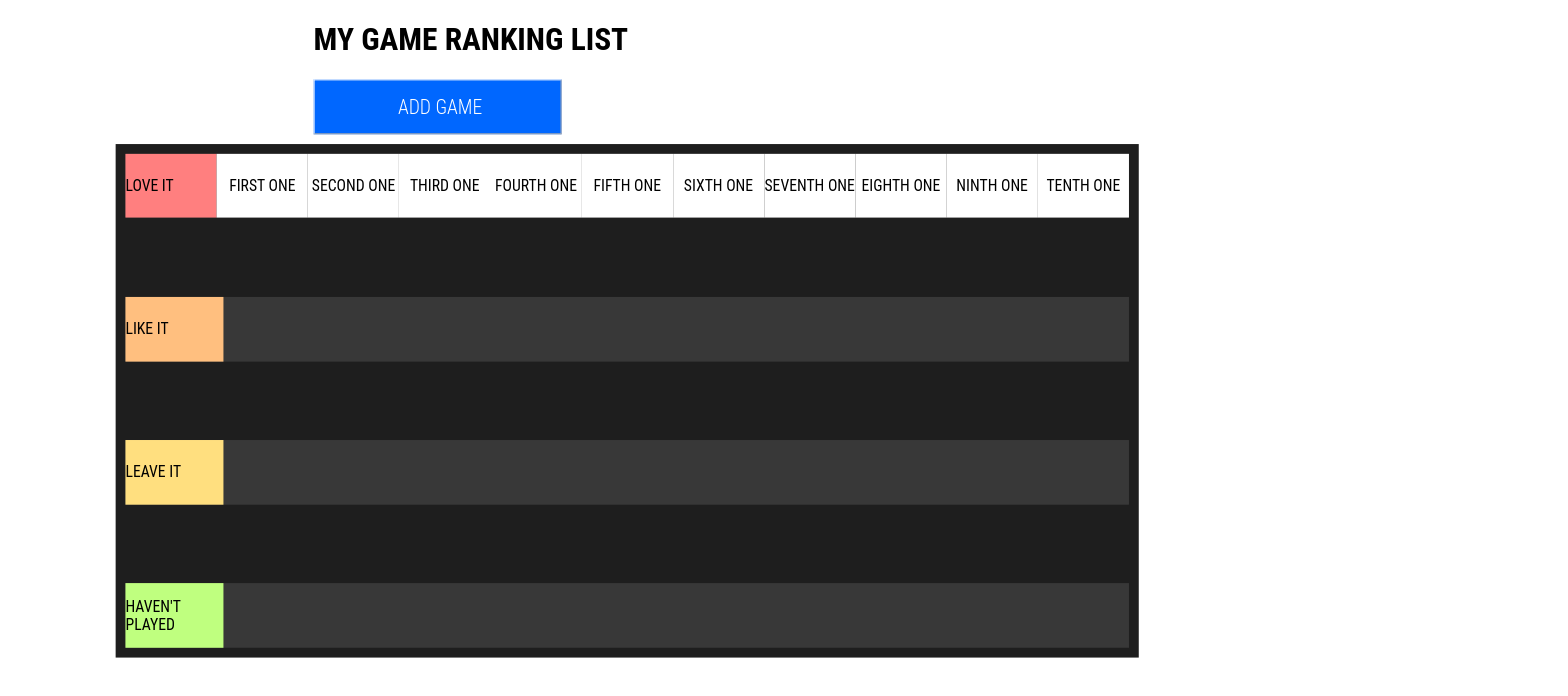
Repository: akiachenise/akiachenise.github.io
Page: JackboxGames_TierList_vanilla/index.html
An editor plug-in stored every save of this project. The page is shown before and after the next save, followed by the edit.
The browser window is 1280 px wide. The page is 1600 px wide, so the pictures cover 1600 px, including what lies to the right of the window. The pictures show the whole page, at 98% of full size.

Above is the page before, as saved 2022-11-26 18:06:04.

### JackboxGames_TierList_vanilla/index.html
<!DOCTYPE html>
<!--[if lt IE 7]>      <html class="no-js lt-ie9 lt-ie8 lt-ie7"> <![endif]-->
<!--[if IE 7]>         <html class="no-js lt-ie9 lt-ie8"> <![endif]-->
<!--[if IE 8]>         <html class="no-js lt-ie9"> <![endif]-->
<!--[if gt IE 8]>      <html class="no-js"> <!--<![endif]-->
<html lang="en-US">
  <head>
    <meta charset="utf-8" />
    <meta http-equiv="X-UA-Compatible" content="IE=edge" />
    <title>My Game Ranking List</title>
    <meta name="description" content="My Game Ranking" />
    <meta name="viewport" content="width=device-width, initial-scale=1" />
    <link rel="stylesheet" type="text/css" href="css/stylesheet.css" />
    <link rel="stylesheet" href="https://fonts.googleapis.com/css2?family=Roboto&display=swap">
  </head>
  <body>
    <!--[if lt IE 7]>
      <p class="browsehappy">
        You are using an <strong>outdated</strong> browser. Please
        <a href="#">upgrade your browser</a> to improve your experience.
      </p>
    <![endif]-->
    <span class="headerContainer">
        <h1>My Game Ranking List</h1>
        <button id="addCard" class="add">Add Game</button>
    </span>
    <div id="board">
        <div class = "row">
            <div class = "label">Love It</div>
            <div class="card" id="first" draggable="true">first one</div>
            <div class="card" id="second" draggable="true">second one</div>
            <div class="card" id="third" draggable="true">third one</div>
            <div class="card" id="fourth" draggable="true">fourth one</div>
            <div class="card" id="fifth" draggable="true">fifth one</div>
            <div class="card" id="sixth" draggable="true">sixth one</div>
            <div class="card" id="seventh" draggable="true">seventh one</div>
            <div class="card" id="eighth" draggable="true">eighth one</div>
            <div class="card" id="ninth" draggable="true">ninth one</div>
            <div class="card" id="ninth" draggable="true">tenth one</div>

        </div>
        <div class = "row">
            <div class = "label">Like It</div>
        </div>
        <div class = "row">
            <div class = "label">Leave It</div>
        </div>
        <div class = "row">
            <div class = "label">Haven't Played</div>
        </div>

    </div>


    <script src="js/cards.js" async defer></script>
    <script src="js/rows.js" async defer></script>
  </body>
</html>

### JackboxGames_TierList_vanilla/css/stylesheet.css
body {
    font-family: 'Roboto Condensed', Sans-serif;
    text-transform: uppercase;
    margin: 0;
    display: flex;
    flex-direction: column;
    align-items: center;
    justify-content: center;
}

.headerContainer {
    display: block;
    width: 100vw;
    align-items: center;
    padding-left: 40rem;

}

h1 {
    text-transform: uppercase;
}


button {
    font-family: 'Roboto Condensed', Sans-serif;
    font-weight: 100;
    font-size: 20px;
    text-transform: uppercase;
    border-width: 1px 1px 1px 1px;
    border-radius: 0px 0px 0px 0px;
    border-color: white;
    color: white;
    background: rgba(0,103,255,1);
    padding: 15px 80px 15px 85px;



}

#board {
    display: flex;
    flex-direction: column;
    align-items: center;
    justify-content: space-between;
    margin-top: 10px;
    padding: 10px;
    width: 80vw;
    height: 70vh;
    background-color: rgb(30, 30, 30);
}

.row {
    display: flex;
    width: 100%;
    height: 13%;
    background-color: rgb(56, 56, 56);
}

.label {
    display: flex;
    justify-content: left;
    align-items: center;
    height: 100%;
    width: 100px;
    background-color: orange;
}

.card {
    height: 100%;
    width: 100px;
    display: flex;
    justify-content: center;
    align-items: center;
    background-color: white;
}

### JackboxGames_TierList_vanilla/js/cards.js
const cards = document.querySelectorAll('.card');

const onDragStart = (event) => {
    console.log('dragging the element');
    event.dataTransfer.setData('id', event.target.id);
    setTimeout(() => {
        event.target.style.visibility = 'hidden';
    }, 50)
}

const onDragEnd = (event) => {
    event.target.style.visibility = 'visible';
    console.log('ended the drag');
}

cards.forEach((card) => {
    card.ondragstart = onDragStart;
    card.ondragend = onDragEnd;


})

### JackboxGames_TierList_vanilla/js/rows.js
const rows = document.querySelectorAll('.row');
const colorRanks = ['rgb(255, 127, 127)', 'rgb(255, 191, 127)', 'rgb(255, 223, 127)' , 'rgb(191, 255, 127)'];

const onDragOver = (event) => {
    event.preventDefault();
}

const onDrop = (event) => {
   event.preventDefault();
   const draggedCardId = event.dataTransfer.getData('id');
   const draggedCard = document.getElementById(draggedCardId);
   event.target.appendChild(draggedCard);
   console.log('dropped the element');
}

rows.forEach((row, index) => {
    const label = row.querySelector('.label');
    label.style.backgroundColor = colorRanks[index];
    row.ondragover = onDragOver;
    row.ondrop = onDrop;
})

After the next save:
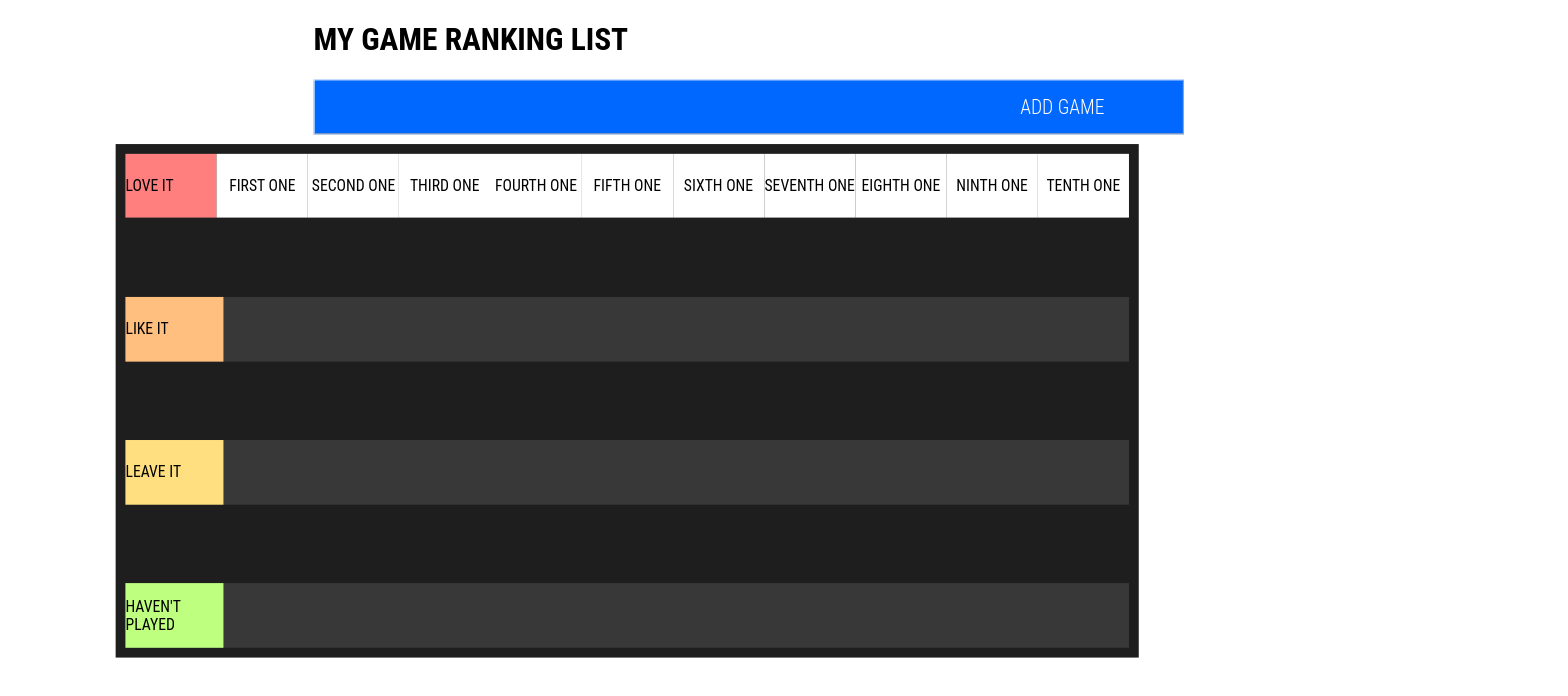
Saved 31 s later.
--- a/JackboxGames_TierList_vanilla/css/stylesheet.css
+++ b/JackboxGames_TierList_vanilla/css/stylesheet.css
@@ -32,6 +32,7 @@
     color: white;
     background: rgba(0,103,255,1);
     padding: 15px 80px 15px 85px;
+    padding-left: 45rem;
 
 
 

After the save that followed:
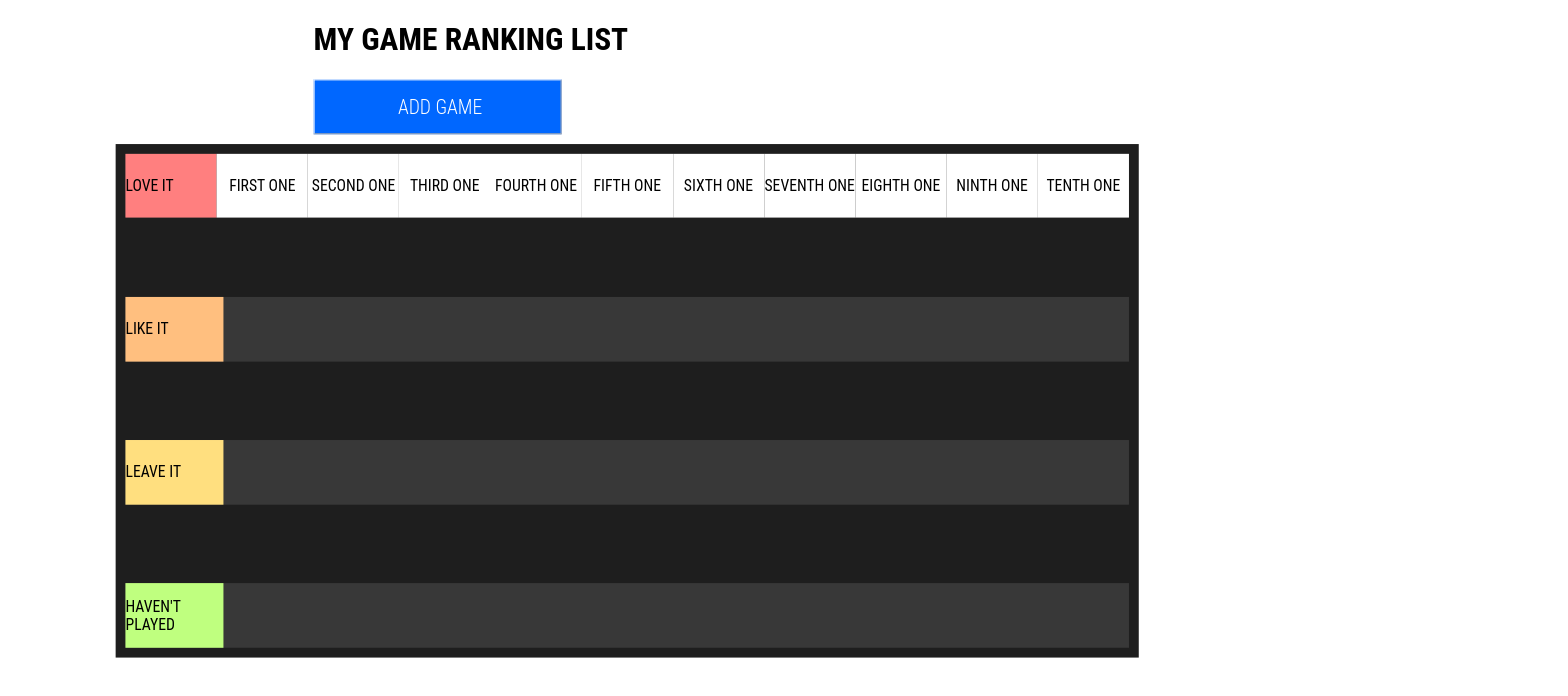
Saved 17 s later.
--- a/JackboxGames_TierList_vanilla/css/stylesheet.css
+++ b/JackboxGames_TierList_vanilla/css/stylesheet.css
@@ -32,7 +32,6 @@
     color: white;
     background: rgba(0,103,255,1);
     padding: 15px 80px 15px 85px;
-    padding-left: 45rem;
 
 
 
